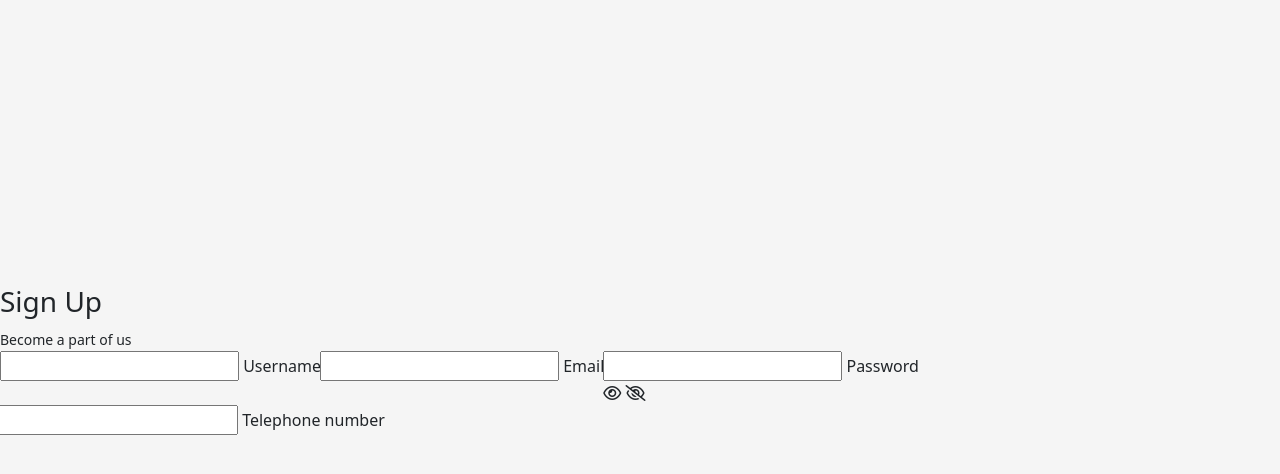
Repository: MauDucKG/BigFarm
Page: http://localhost/BigFarm/views/main/register/index.php
The author's editor kept a copy of each file at every save. The page is drawn from the files as they stood at one save, then again after the next save.
The browser window is 1280 px wide. The pictures show the whole page.
Some web libraries are served in a nearby version. The page is run by PHP 8.4 with error messages shown; the project is at /var/www/html/.

Above is the page before, as saved 2023-04-26 18:01:46.

### views/main/register/index.php
<!DOCTYPE html>
<html lang="en">

<head>
	<meta charset="utf-8">
	<meta name="viewport" content="width=device-width, initial-scale=1">
	<title>Register</title>
	<link href="https://cdn.jsdelivr.net/npm/bootstrap@5.2.2/dist/css/bootstrap.min.css" rel="stylesheet" integrity="sha384-Zenh87qX5JnK2Jl0vWa8Ck2rdkQ2Bzep5IDxbcnCeuOxjzrPF/et3URy9Bv1WTRi" crossorigin="anonymous">
	<link rel="stylesheet" href="assets/stylesheets/register.css">
    <script src="https://kit.fontawesome.com/4ccf3877a2.js" crossorigin="anonymous"></script>
</head>

<body>
    <div class="register-box" id="regUser">
        <div class="top-header">
            <h3>Sign Up</h3>
            <small>Become a part of us</small>
        </div>
        <div class="input-group">
            <div class="input-field">
                <input type="text" class="input-box" id="regUser" required>
                <label for="regUser">Username</label>
            </div>
            <div class="input-field">
                <input type="text" class="input-box" id="regUser" required>
                <label for="regUser">Email</label>
            </div>
            <div class="input-field">
                <input type="password" class="input-box" id="regPassword" required>
                <label for="regPassword">Password</label>
                 <div class="eye-area">
                        <div class="eye-box" onclick="myRegPassword()">
                            <i class="fa-regular fa-eye" id="eye-2"></i>
                            <i class="fa-regular fa-eye-slash" id="eye-slash-2"></i>
                        </div>
                 </div>
            </div>
            <div class="input-field">
                <input type="text" class="input-box" id="regUser" required>
                <label for="regUser">Telephone number</label>
            </div>

        </div>
    </div>
</body>

</html>

### assets/stylesheets/register.css
html,
body {
  height: 100%;
}

body {
  display: flex;
  align-items: center;
  padding-top: 40px;
  padding-bottom: 40px;
  background-color: #f5f5f5;
}

.form-signin {
  max-width: 500px;
  padding: 15px;
}

.form-signin .form-floating:focus-within {
  z-index: 2;
}

After the next save:
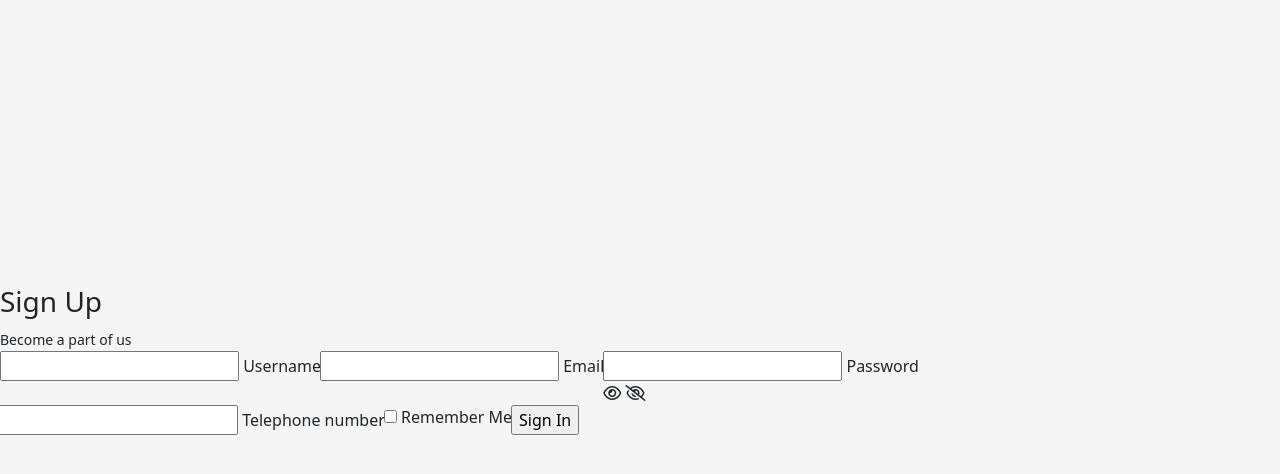
Saved 14 s later.
--- a/views/main/register/index.php
+++ b/views/main/register/index.php
@@ -39,7 +39,13 @@
                 <input type="text" class="input-box" id="regUser" required>
                 <label for="regUser">Telephone number</label>
             </div>
-
+            <div class="remember">
+                <input type="checkbox" id="formCheck-2" class="check">
+                <label for="formCheck-2"> Remember Me</label>
+            </div>
+            <div class="input-field">
+                <input type="submit" class="input-submit" value="Sign In">
+            </div>
         </div>
     </div>
 </body>
